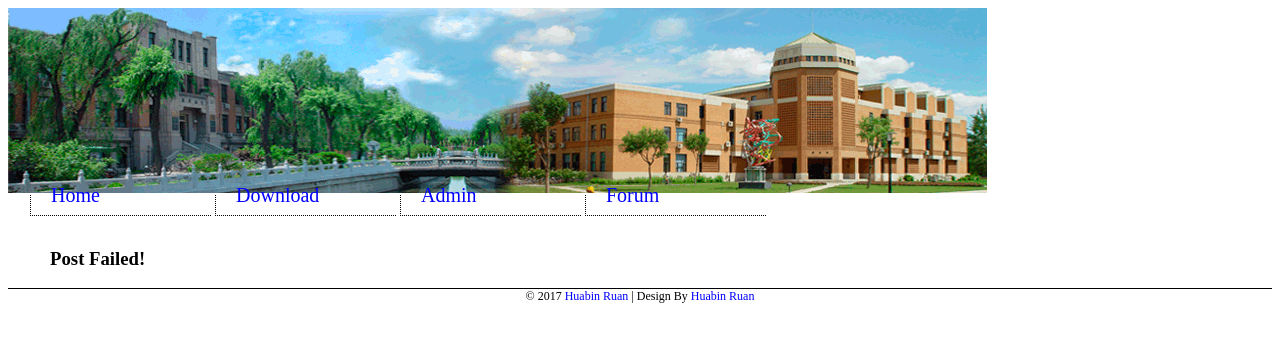
Repository: ruanhuabin/LifeSoftwareWebSite
Page: http://localhost/CryoEM/software_post_error.jsp
An editor plug-in stored every save of this project. The page is shown before and after the next save, followed by the edit.
The browser window is 1280 px wide. The pictures show the whole page.
The page is served by Tomcat 9. Nobody is signed in. The application's start-up code is not run.

Above is the page before, as saved 2017-08-12 07:47:41.

After the next save:
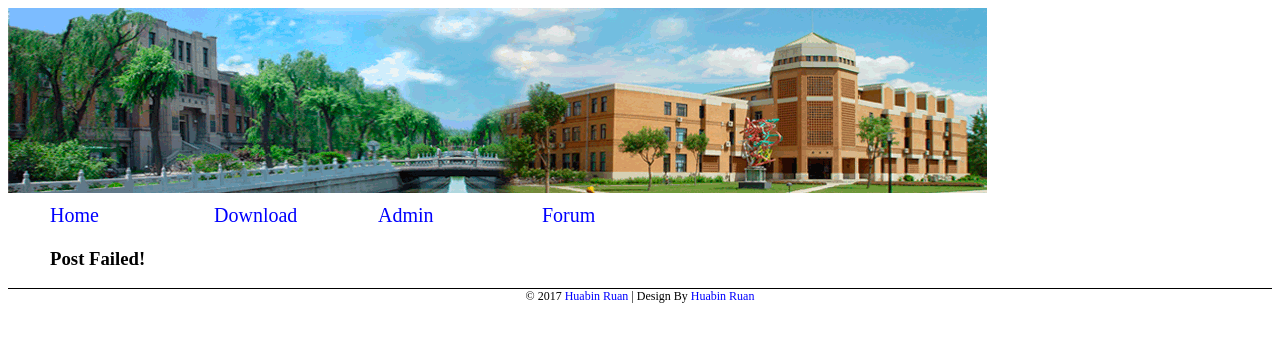
Saved 42 h 29 min later.
--- a/CryoEM/WebRoot/style.css
+++ b/CryoEM/WebRoot/style.css
@@ -94,7 +94,7 @@ ul {margin-left: 0; padding-left: 40px;}
 
 
 
-ul, li { list-style: none; margin: 0; padding: 0; }
+/* ul, li { list-style: none; margin: 0; padding: 0; }
 ul { padding-left: 1em; }
 li { padding-left: 1em;
   border: 1px dotted black;
@@ -118,4 +118,4 @@ li ul {
 ul li:last-child ul {
   border-left: 1px solid white;
   margin-left: -17px;
-}
+} */
